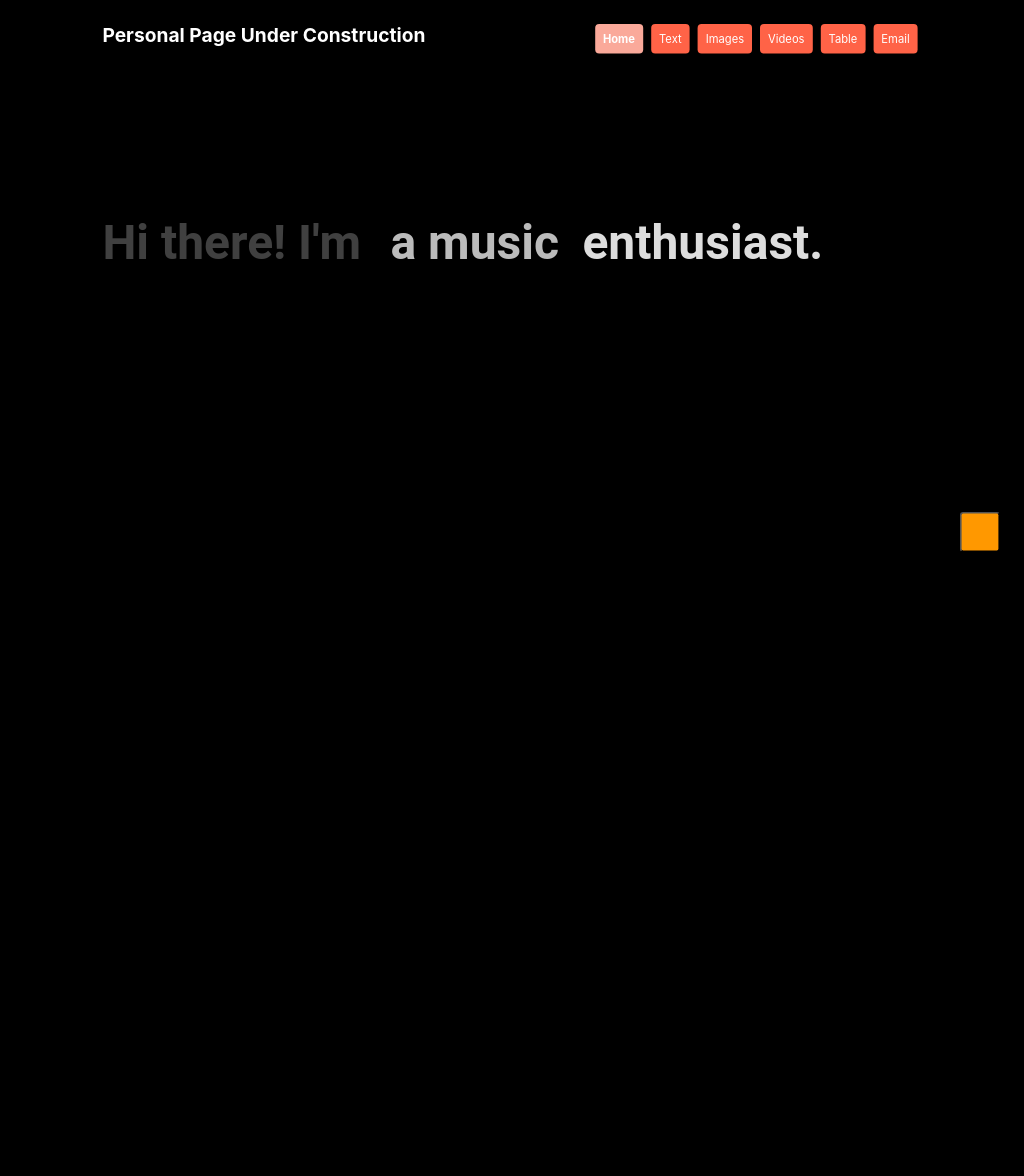
Repository: luhan68/personal_website
Page: index.html
These files come from the project's save history. The page is drawn as it stood at one moment and after the next save; the edit follows.
The browser window is 1280 px wide. The pictures show the whole page, at 80% of full size.

Above is the page before, as saved 2021-01-31 15:39:44.

After the next save:
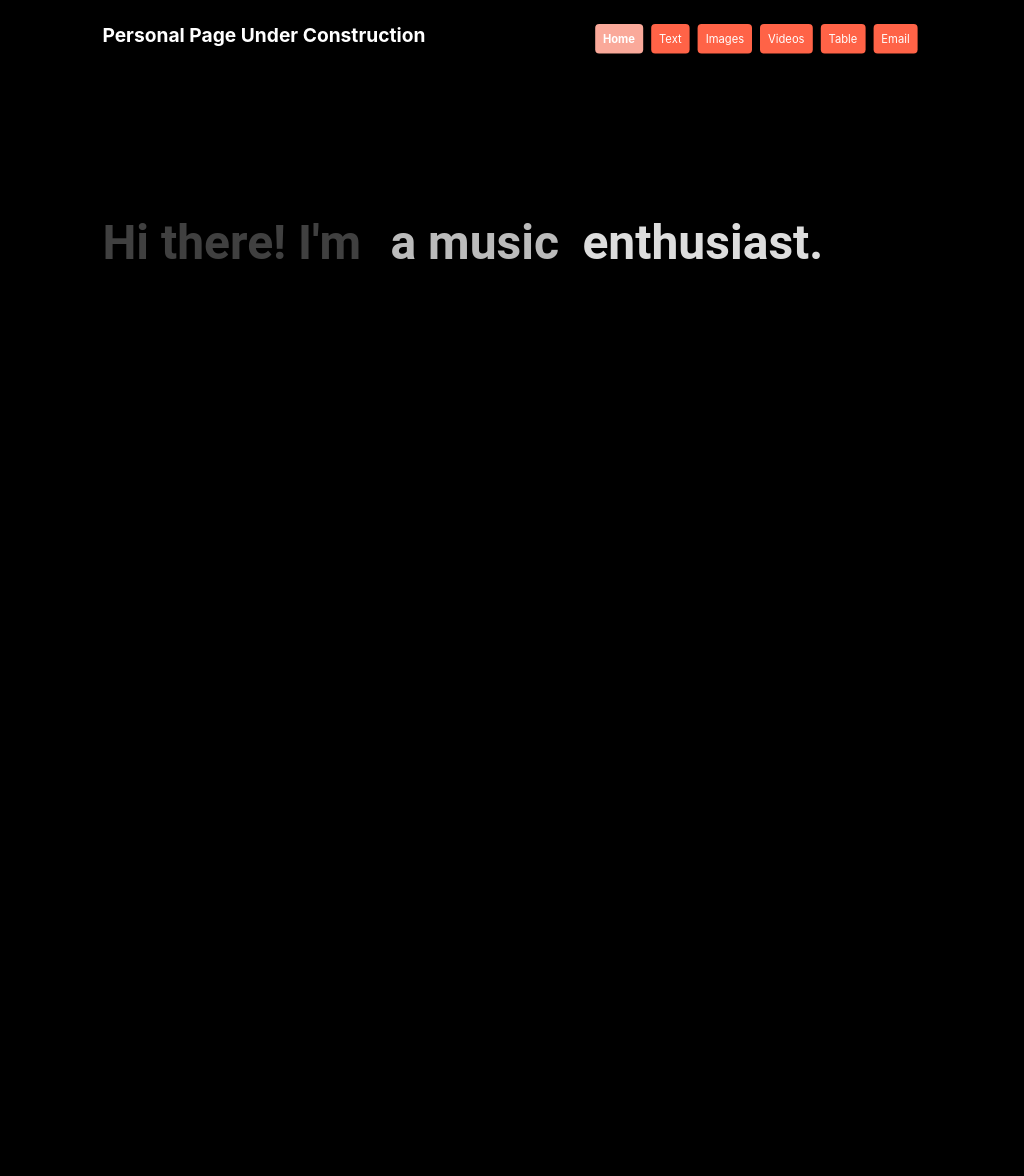
Saved 26 s later.
--- a/style.css
+++ b/style.css
@@ -29,9 +29,10 @@ body  {
 	position: fixed;
 	bottom: 30px;
 	right: 30px;
-	transition: background-color .3s,
-	opacity .5s, visibility .5s;
+	transition: background-color .3s, opacity .5s, visibility .5s;
 	z-index: 10000;
+	opacity: 0;
+	visibility: hidden;
   }
 
 /* #scrollToTopBtn {
